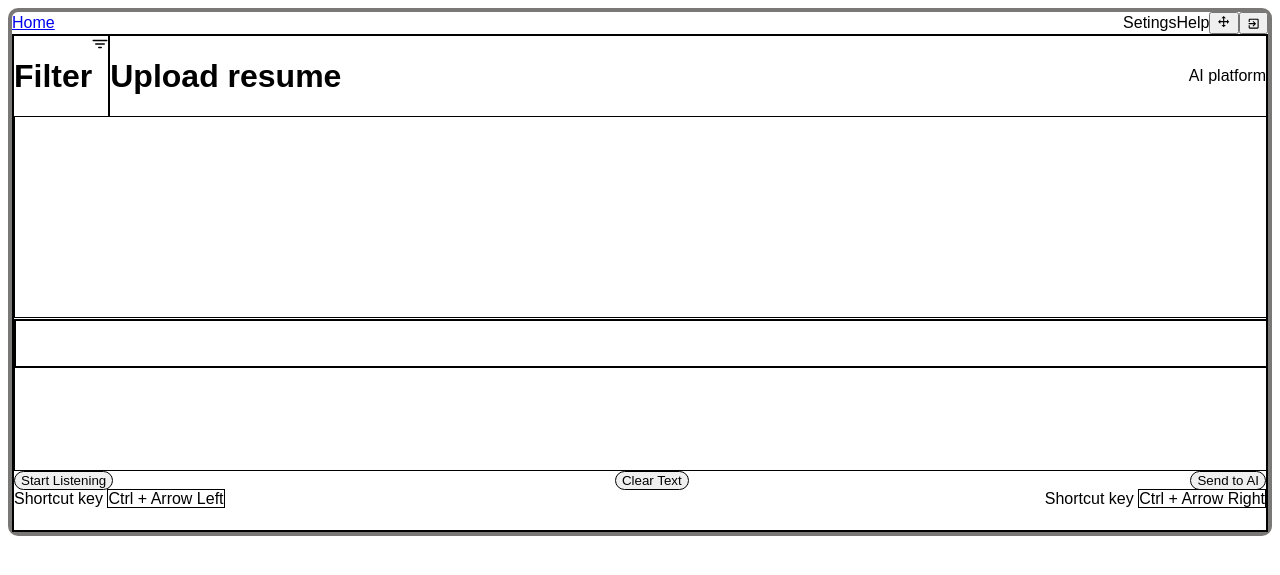
Repository: stevenreas09-coder/ai-assistance
Page: /speech
An editor plug-in stored every save of this project. The page is shown before and after the next save, followed by the edit.
The browser window is 1280 px wide. The pictures show the whole page.
The project was rebuilt for these pictures with package versions that can differ from the ones it lists, and the page was loaded fresh each time. The framework's server and built-in components were replaced by stand-ins that run in the browser. Also part of the build but not shown: next.config.ts.

Above is the page before, as saved 2025-12-17 04:28:32.

After the next save:
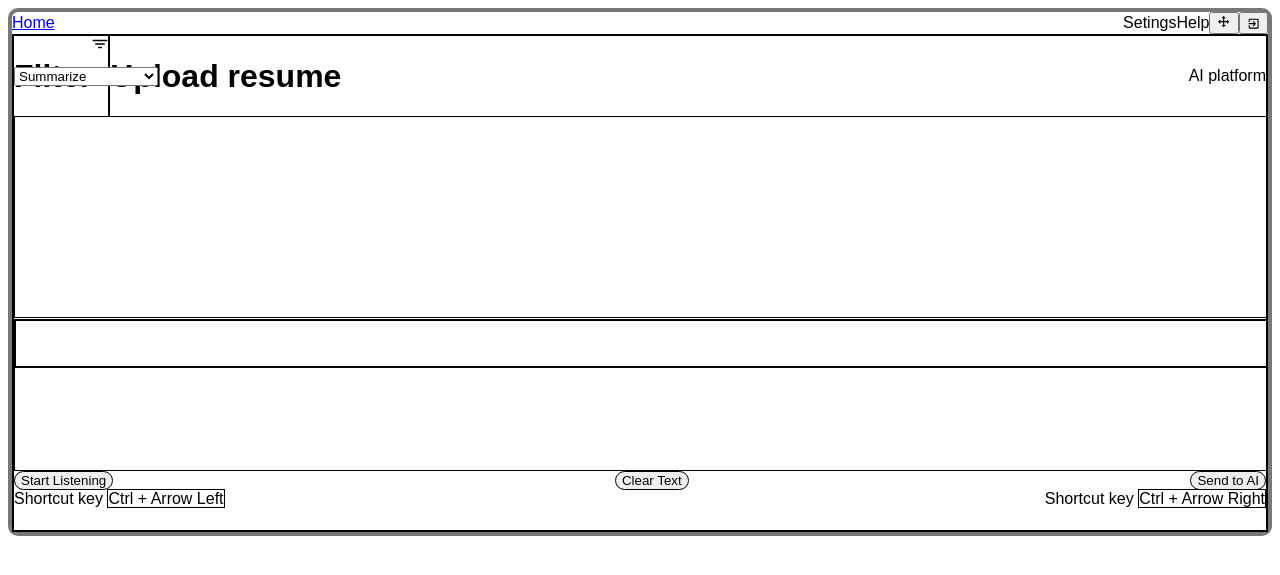
Saved 25 min 56 s later.
--- a/app/speech/page.tsx
+++ b/app/speech/page.tsx
@@ -176,7 +176,7 @@ export default function Example() {
   return (
     <div className="flex flex-col px-4 py-1 bg-white/50 text-xs text-black ">
       {/* Top controls */}
-      <div className="flex flex-row justify-between items-center gap-2">
+      <div className="relative flex flex-row justify-between items-center gap-2">
         <div className="flex gap-2">
           <h1>Filter</h1>
           <IoFilter />
@@ -188,6 +188,15 @@ export default function Example() {
             ? `Platform provider: ${model}`
             : "AI platform"}
         </div>
+        {true && (
+          <div className="absolute w- flex gap-2">
+            <select>
+              <option value="summarize">Summarize</option>
+              <option value="explain">Explain in detail</option>
+              <option value="translate">Translate to Spanish</option>
+            </select>
+          </div>
+        )}
       </div>
 
       {/* Main content */}
